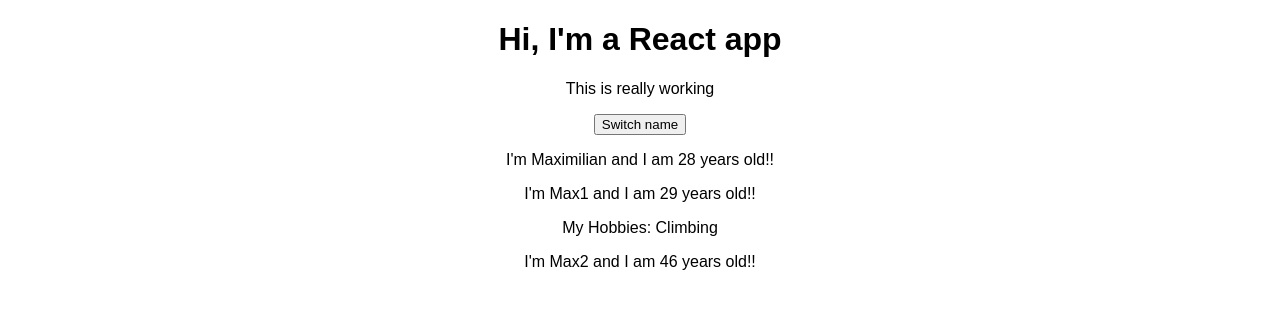
Repository: cristinadoroftei/FirstReactProject
Page: /
The author's editor kept a copy of each file at every save. The page is drawn from the files as they stood at one save, then again after the next save.
The browser window is 1280 px wide. The pictures show the whole page.
The project was rebuilt for these pictures with package versions that can differ from the ones it lists, and the page was loaded fresh each time.

Above is the page before, as saved 2020-07-08 09:58:07.

After the next save:
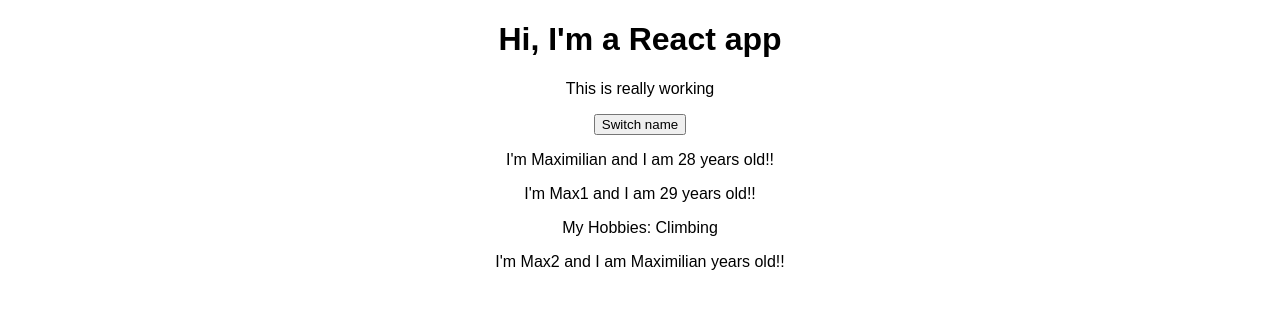
Saved 11 s later.
--- a/src/App.js
+++ b/src/App.js
@@ -20,7 +20,7 @@ class App extends Component {
         <button>Switch name</button>
         <Person name= {this.state.persons[0].name} age={this.state.persons[0].age}/>
         <Person name= {this.state.persons[1].name} age={this.state.persons[1].age}>My Hobbies: Climbing</Person>
-        <Person name= {this.state.persons[2].name} age="46"/>
+        <Person name= {this.state.persons[2].name} age={this.state.persons[0].name}/>
       </div>
     );
     // return React.createElement('div', null, React.createElement('h1', {className: 'App'}, 'Hi, Im a react app!') )
